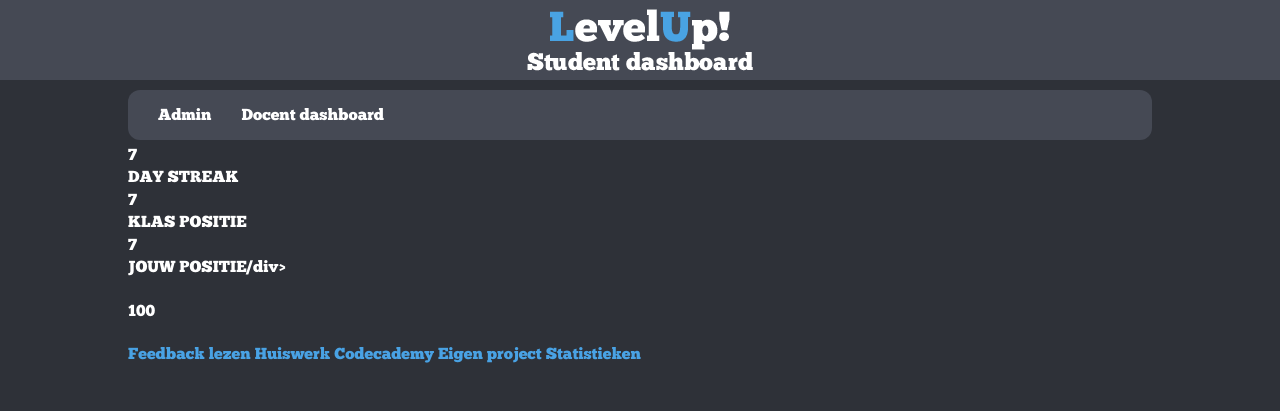
Repository: boblanckenburg/levelup
Page: website/src/index.html
An editor plug-in stored every save of this project. The page is shown before and after the next save, followed by the edit.
The browser window is 1280 px wide. The pictures show the whole page.

Above is the page before, as saved 2014-10-07 13:13:00.

After the next save:
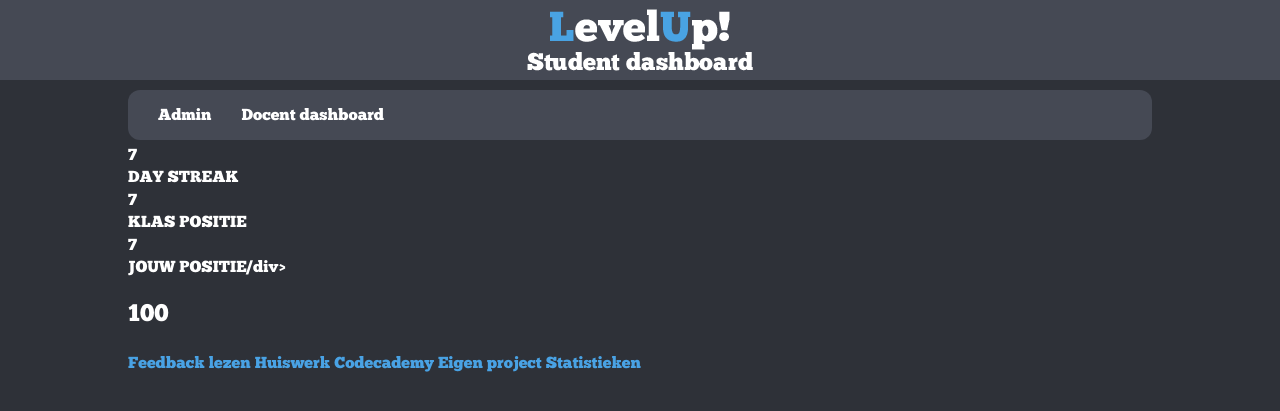
Saved 35 s later.
--- a/website/src/index.html
+++ b/website/src/index.html
@@ -18,13 +18,14 @@
             <p class="browsehappy">You are using an <strong>outdated</strong> browser. Please <a href="http://browsehappy.com/">upgrade your browser</a> to improve your experience.</p>
         <![endif]-->
 
-		<section class="dashboard">
+		<div class="dashboard">
 			<section class="header"></section>
 			<section class="menu">
 				<a>Admin</a>
 				<a>Docent dashboard</a>
 			</section>
-			<section class="content">
+			<div class="content">
+
 				<section class="streaks">
 					<div class="streakitem">
 						<div class="score">7</div>
@@ -39,9 +40,11 @@
 						<div class="name">JOUW POSITIE/div>
 					</div>
 				</section>
+
 				<section class="levelcounter">
 					<h1>100</h1>
 				</section>
+
 				<section class="actionbar">
 					<a>Feedback lezen</a>
 					<a>Huiswerk</a>
@@ -49,7 +52,8 @@
 					<a>Eigen project</a>
 					<a>Statistieken</a>
 				</section>
-			</section>
-		</section>
+
+			</div>
+		</div>
     </body>
 </html>
